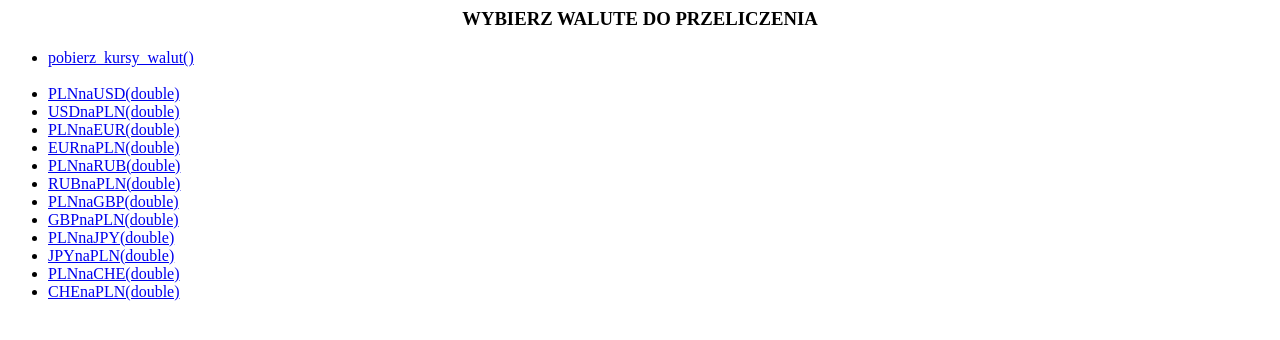
Repository: kuska-marcin/SRIR
Page: http://localhost/KantorWSClient/sampleKantorPrzeliczProxy/Method.jsp
These files come from the project's save history. The page is drawn as it stood at one moment and after the next save; the edit follows.
The browser window is 1280 px wide. The pictures show the whole page.
The page is served by Tomcat 9.

Above is the page before, as saved 2016-01-13 22:26:06.

After the next save:
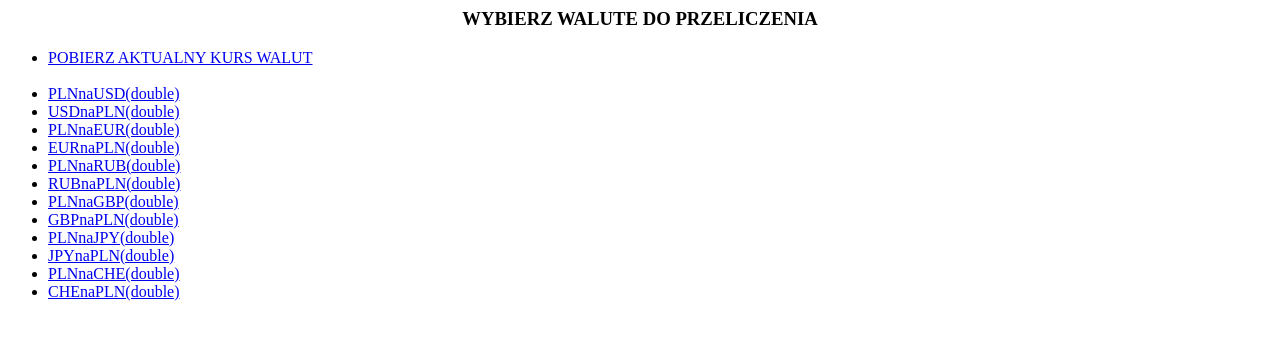
Saved 19 s later.
--- a/KantorWSClient/WebContent/sampleKantorPrzeliczProxy/Method.jsp
+++ b/KantorWSClient/WebContent/sampleKantorPrzeliczProxy/Method.jsp
@@ -7,7 +7,7 @@
 	<H3>WYBIERZ WALUTE DO PRZELICZENIA</H3>
 </CENTER>
 <UL>
-<LI><A HREF="Input.jsp?method=18" TARGET="inputs"> pobierz_kursy_walut()</A></LI>
+<LI><A HREF="Input.jsp?method=18" TARGET="inputs">POBIERZ AKTUALNY KURS WALUT</A></LI>
 <BR>
 <LI><A HREF="Input.jsp?method=26" TARGET="inputs"> PLNnaUSD(double)</A></LI>
 <LI><A HREF="Input.jsp?method=13" TARGET="inputs"> USDnaPLN(double)</A></LI>
